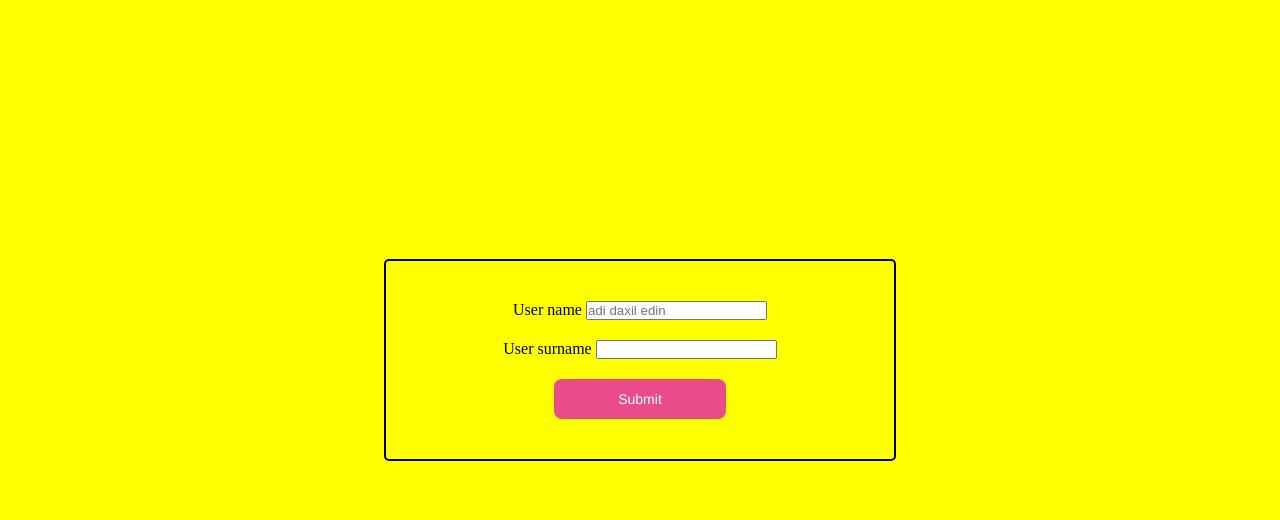
Repository: AytacSafarova/Figma--task
Page: index.html
These files come from the project's save history. The page is drawn as it stood at one moment and after the next save; the edit follows.
The browser window is 1280 px wide. The pictures show the whole page.

Above is the page before, as saved 2023-08-04 15:53:28.

After the next save:
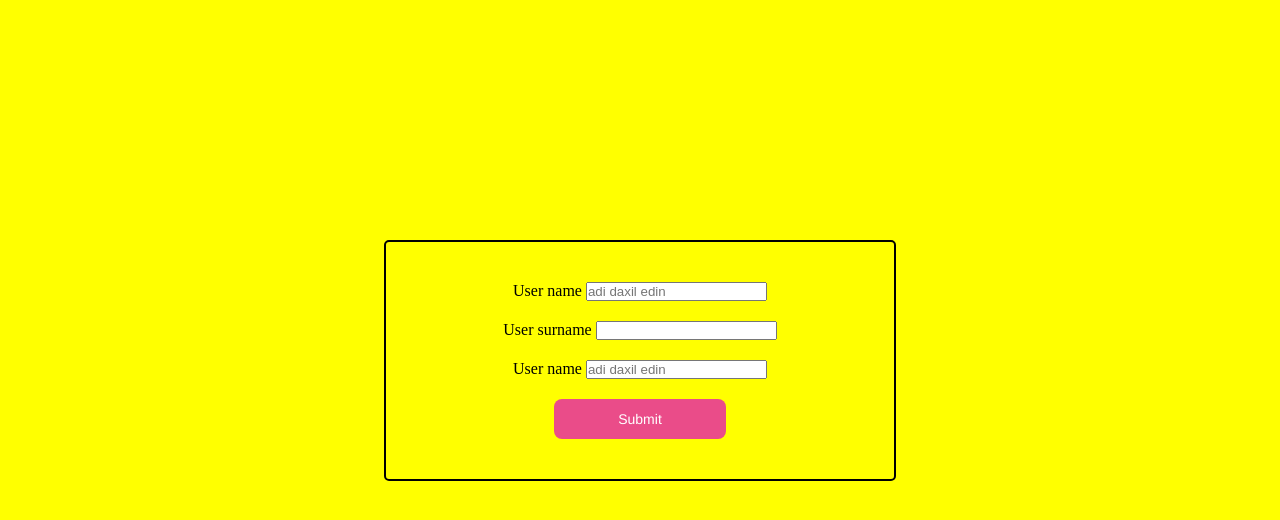
Saved 70 s later.
--- a/index.html
+++ b/index.html
@@ -18,6 +18,10 @@
             User surname
             <input  class="user-surname-input" name="user-surname" type="text">
         </label>
+        <label for="user-name">
+            User name
+            <input class="user-name-input" placeholder="adi daxil edin" name="user-name" type="text" >
+        </label>
         <button class="button-1" role="button">Submit</button>
 
      </form>
